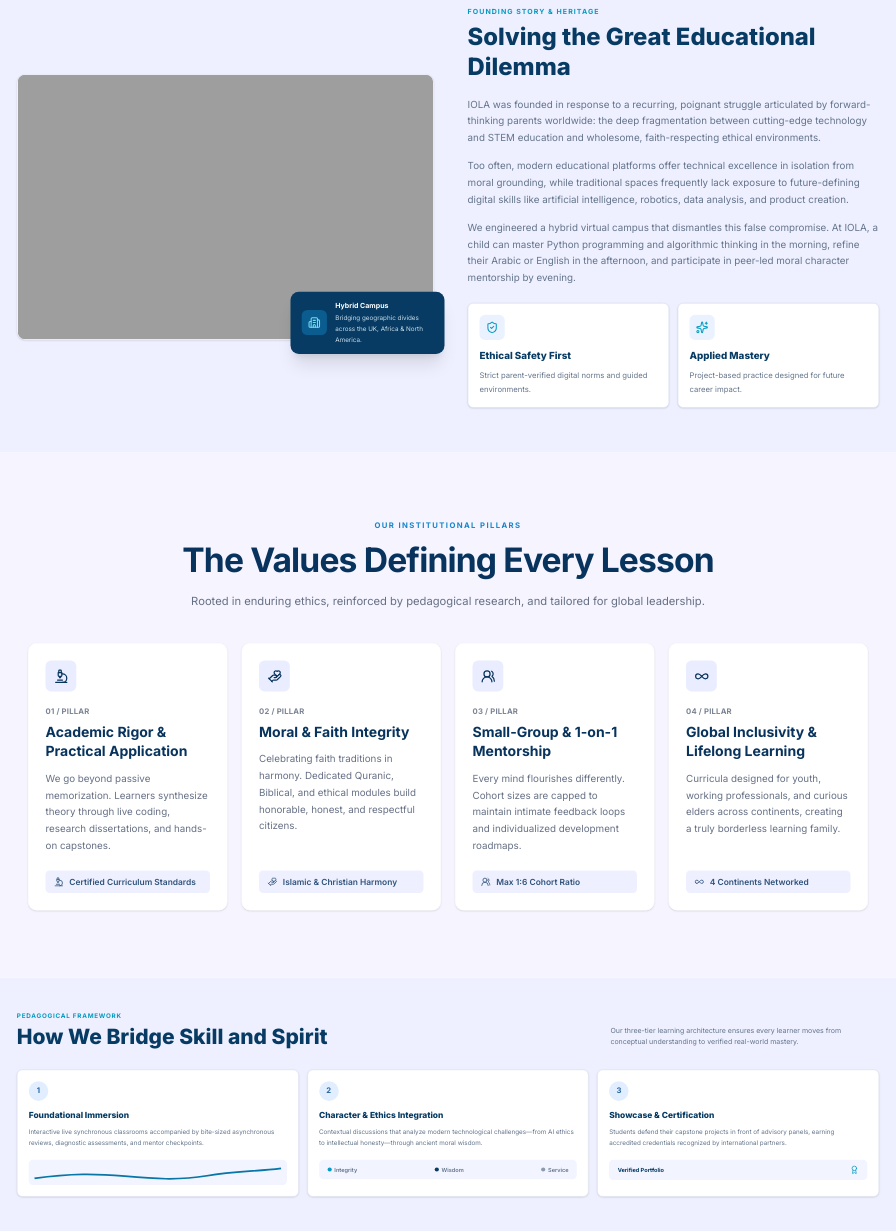
Repository: segunrotini/iola
Page: /about
The author's editor kept a copy of each file at every save. The page is drawn from the files as they stood at one save, then again after the next save.
The browser window is 1280 px wide. The pictures show the part of the page from y = 1154 to 3074 px (the page is 2912 px tall before and 3074 px after), at 70% of full size.
Pictures or frames that could not be fetched are drawn as grey boxes. The project was rebuilt for these pictures with package versions that can differ from the ones it lists, and the page was loaded fresh each time. Also part of the build but not shown: vite.config.ts, src/components/home/Hero-section.tsx, src/components/home/WhyChooseUs.tsx, src/components/home/Programs.tsx, src/components/home/Testimonials.tsx, src/components/home/LearningProcess.tsx, src/components/home/AdmissionSection.tsx, src/components/home/Footer.tsx and 1 more.

Above is the page before, as saved 2026-10-08 15:33:37.

### index.html
<!doctype html>
<html lang="en">
  <head>
    <meta charset="UTF-8" />
    <link rel="icon" type="image/svg+xml" href="/favicon.svg" />
    <meta name="viewport" content="width=device-width, initial-scale=1.0" />
    <title>integrated-online-learning-academy</title>
  </head>
  <body>
    <div id="root"></div>
    <script type="module" src="/src/main.tsx"></script>
  </body>
</html>

### src/index.css
@import url('https://fonts.googleapis.com/css2?family=Inter:wght@400;500;600;700;800&family=Montserrat:wght@400;500;600;700;800&display=swap');
@import "tailwindcss";

:root {
	font-family: "Inter", "Montserrat", sans-serif;
}

### src/App.tsx

import { Route, Routes } from "react-router-dom";
import AboutUs from "./components/pages/public/Aboutus";
import Homepage from "./components/pages/public/Hompage";

function App() {
  return (
    <Routes>
      <Route path="/" element={<Homepage />} />
      <Route path="/about" element={<AboutUs />} />

    </Routes>
  );
}

export default App;

### src/components/pages/public/Aboutus.tsx

import AboutHero from "../../home/Abouthero";
import AboutVision from "../../home/AboutVision";


import Nav from "../../home/Nav";
import Topbar from "../../home/topbar";
import AboutStory from "../../home/AboutStory";
import AboutValues from "../../home/AboutValues";
import AboutFramework from "../../home/AboutFramwork";
function AboutUs() {
  return (
    <>
      <Topbar/>
      <Nav />
      <AboutHero />
      <AboutVision />
      <AboutStory />
      <AboutValues />
      <AboutFramework/>

    </>
  );
}

export default AboutUs;

### src/components/home/Abouthero.tsx
import {
  Award,
  Globe2,
  Heart,
  Users,
} from "lucide-react";

const stats = [
  {
    icon: Users,
    badge: "Global",
    value: "500+",
    label: "Active Learners Enrolled",
  },
  {
    icon: Award,
    badge: "Academic",
    value: "98%",
    label: "Completion & Satisfaction",
  },
  {
    icon: Globe2,
    badge: "Footprint",
    value: "4 Continents",
    label: "UK, Nigeria, US, Canada",
  },
  {
    icon: Heart,
    badge: "Faculty",
    value: "100%",
    label: "Values-Aligned Mentors",
  },
];

function AboutHero() {
  return (
    <section className="bg-[#EEF2FF]">
      <div className="mx-auto max-w-7xl px-4 pb-12 pt-8 sm:px-6 sm:pb-14 sm:pt-10">
        <div className="text-[11px] font-medium text-[#475569]">
          Home
          <span className="mx-1 text-[#94A3B8]">›</span>
          <span className="font-semibold text-[#073B63]">About Us</span>
        </div>

        <div className="mt-8 grid items-center gap-10 lg:grid-cols-2 lg:gap-20">
          <div>
            <span className="inline-flex items-center rounded-full bg-[#E2F4FA] px-4 py-1.5 text-[10px] font-bold uppercase tracking-wide text-[#079BC2]">
              • Integrated Online Learning Academy
            </span>

            <h1 className="mt-5 max-w-xl text-4xl font-extrabold leading-[1.05] tracking-tight text-[#073B63] sm:text-5xl lg:text-[52px]">
              Empowering Minds,
              <br />
              Nurturing Values,
              <br />
              <span className="text-[#079BC2]">Building Futures.</span>
            </h1>
          </div>

          <div className="lg:pt-12">
            <p className="max-w-lg text-sm leading-6 text-[#64748B]">
              At IOLA, we believe education is most transformative when
              technical competence and deep moral character grow
              hand-in-hand.
            </p>

            <a
              href="#heritage"
              className="mt-5 inline-flex text-[11px] font-bold text-[#073B63] transition hover:text-[#079BC2]"
            >
              Read Our Heritage →
            </a>
          </div>
        </div>

        <div className="mt-9 grid gap-3 sm:grid-cols-2 lg:grid-cols-4">
          {stats.map((stat) => {
            const Icon = stat.icon;

            return (
              <div
                key={stat.value}
                className="rounded-xl border border-white bg-white p-4 shadow-sm"
              >
                <div className="flex items-start justify-between">
                  <div className="flex h-9 w-9 items-center justify-center rounded-lg bg-[#E8F1FF]">
                    <Icon size={17} className="text-[#079BC2]" />
                  </div>

                  <span className="rounded-full bg-[#F1F3FA] px-2.5 py-1 text-[9px] font-semibold text-[#64748B]">
                    {stat.badge}
                  </span>
                </div>

                <p className="mt-4 text-2xl font-extrabold leading-none text-[#073B63]">
                  {stat.value}
                </p>

                <p className="mt-2 text-[10px] text-[#64748B]">
                  {stat.label}
                </p>
              </div>
            );
          })}
        </div>
      </div>
    </section>
  );
};

export default AboutHero;

### src/components/home/AboutVision.tsx
import {
  Eye,
  Globe2,
  Rocket,
  Users,
} from "lucide-react";

function AboutVision() {
  return (
    <section className="bg-[#F8F9FF] py-12 sm:py-14">
      <div className="mx-auto grid max-w-7xl gap-6 px-4 sm:px-6 lg:grid-cols-2">
        <div className="relative overflow-hidden rounded-xl bg-[#06355E] p-7 text-white shadow-md sm:p-8">
          <div className="absolute -right-16 -top-16 h-44 w-44 rounded-full bg-[#0B5A8D]/40 blur-2xl" />

          <div className="relative">
            <div className="flex h-11 w-11 items-center justify-center rounded-lg bg-[#0A5687]">
              <Rocket size={21} className="text-[#73DDF2]" />
            </div>

            <p className="mt-6 text-[10px] font-bold uppercase tracking-[0.15em] text-[#72D8EE]">
              Our Core Purpose
            </p>

            <h2 className="mt-2 text-3xl font-extrabold text-white sm:text-[32px]">
              Academy Mission
            </h2>

            <p className="mt-4 max-w-xl text-sm leading-6 text-[#D2E1EC]">
              Provide accessible, world-class digital, language, STEM, and
              faith-grounded education for children, teens, and adults
              regardless of geographical boundaries.
            </p>

            <div className="mt-7 flex flex-wrap gap-3">
              <span className="inline-flex items-center gap-2 rounded-full bg-[#0A4B79] px-3.5 py-2 text-[10px] font-medium text-[#D8EDF6]">
                <Globe2 size={13} />
                Accessible Everywhere
              </span>

              <span className="inline-flex items-center gap-2 rounded-full bg-[#0A4B79] px-3.5 py-2 text-[10px] font-medium text-[#D8EDF6]">
                <Users size={13} />
                All Age Groups
              </span>
            </div>
          </div>
        </div>

        <div className="rounded-xl border border-[#E5E9F2] bg-white p-7 shadow-sm sm:p-8">
          <div className="flex h-11 w-11 items-center justify-center rounded-lg bg-[#E9F1FF]">
            <Eye size={21} className="text-[#079BC2]" />
          </div>

          <p className="mt-6 text-[10px] font-bold uppercase tracking-[0.15em] text-[#079BC2]">
            The Horizon
          </p>

          <h2 className="mt-2 text-3xl font-extrabold text-[#073B63] sm:text-[32px]">
            Our Global Vision
          </h2>

          <p className="mt-4 text-sm leading-6 text-[#64748B]">
            To be the world's most trusted hybrid online academy fostering
            visionary digital innovators anchored in strong moral faith
            principles.
          </p>

          <div className="mt-6 flex items-start gap-3 rounded-lg bg-[#F0F3FF] p-4">
            <div className="mt-0.5 flex h-7 w-7 shrink-0 items-center justify-center rounded-md bg-white">
              <Globe2 size={14} className="text-[#079BC2]" />
            </div>

            <p className="text-[10px] leading-5 text-[#64748B]">
              Unifying high-standard British/International curriculum
              benchmarking with holistic ethical integrity.
            </p>
          </div>
        </div>
      </div>
    </section>
  );
};

export default AboutVision;

### src/components/home/topbar.tsx
import { Mail, Phone, Sparkles } from "lucide-react";

const TopBar = () => {
  return (
    <div className="bg-[#003B5C] text-white">
      <div className="mx-auto flex max-w-7xl flex-col gap-2 px-4 py-2 text-[10px] sm:flex-row sm:items-center sm:justify-between sm:px-6 sm:text-xs">
        <div className="flex items-center gap-1.5">
          <Sparkles size={12} className="text-[#F4C542]" />
          <span>Faith • Skills • Opportunity • Global Impact</span>
        </div>

        <div className="flex flex-col items-start gap-2 sm:flex-row sm:items-center sm:gap-5">
          <a
            href="tel:+2348122452692"
            className="flex items-center gap-1.5 transition hover:text-[#5DE1E6]"
          >
            <Phone size={12} />
            <span>08122452692, 08141570784</span>
          </a>

          <a
            href="mailto:learn@iola.com"
            className="flex items-center gap-1.5 transition hover:text-[#5DE1E6]"
          >
            <Mail size={12} />
            <span>learn@iola.com</span>
          </a>

          <a
            href="#student-portal"
            className="rounded-md bg-[#0B5278] px-3 py-1.5 font-medium transition hover:bg-[#08658F]"
          >
            Student Portal
          </a>
        </div>
      </div>
    </div>
  );
};

export default TopBar;

### src/components/home/AboutFramwork.tsx
import { Award, ShieldCheck, Sparkles } from "lucide-react";

const framework = [
  {
    number: "1",
    title: "Foundational Immersion",
    description:
      "Interactive live synchronous classrooms accompanied by bite-sized asynchronous reviews, diagnostic assessments, and mentor checkpoints.",
    bottom: "Interactive Live Learning",
    type: "wave",
  },
  {
    number: "2",
    title: "Character & Ethics Integration",
    description:
      "Contextual discussions that analyze modern technological challenges—from AI ethics to intellectual honesty—through ancient moral wisdom.",
    bottom: "Integrity",
    type: "values",
  },
  {
    number: "3",
    title: "Showcase & Certification",
    description:
      "Students defend their capstone projects in front of advisory panels, earning accredited credentials recognized by international partners.",
    bottom: "Verified Portfolio",
    type: "certificate",
  },
];

function AboutFramework () {
  return (
    <section className="bg-[#EEF0FF] py-10 sm:py-12">
      <div className="mx-auto max-w-7xl px-4 sm:px-6">
        <div className="flex flex-col gap-4 md:flex-row md:items-end md:justify-between">
          <div>
            <p className="text-[9px] font-bold uppercase tracking-[0.12em] text-[#079BC2]">
              Pedagogical Framework
            </p>

            <h2 className="mt-1 text-2xl font-extrabold leading-tight text-[#073B63] sm:text-3xl">
              How We Bridge Skill and Spirit
            </h2>
          </div>

          <p className="max-w-sm text-[10px] leading-4 text-[#64748B] md:pb-1">
            Our three-tier learning architecture ensures every learner moves
            from conceptual understanding to verified real-world mastery.
          </p>
        </div>

        <div className="mt-7 grid gap-3 md:grid-cols-3">
          {framework.map((item) => (
            <div
              key={item.number}
              className="rounded-lg border border-[#E1E5F0] bg-white p-4 shadow-sm"
            >
              <div className="flex h-7 w-7 items-center justify-center rounded-full bg-[#E1EEFF] text-[11px] font-bold text-[#2864A0]">
                {item.number}
              </div>

              <h3 className="mt-3 text-[12px] font-extrabold leading-4 text-[#073B63]">
                {item.title}
              </h3>

              <p className="mt-2 text-[9px] leading-4 text-[#64748B]">
                {item.description}
              </p>

              {item.type === "wave" && (
                <div className="mt-4 overflow-hidden rounded-md bg-[#F2F5FF] px-2 pt-2">
                  <svg
                    viewBox="0 0 300 45"
                    className="h-7 w-full"
                    preserveAspectRatio="none"
                  >
                    <path
                      d="M0 30 C45 18, 75 19, 110 25 C145 31, 175 35, 210 24 C245 13, 265 15, 300 7"
                      fill="none"
                      stroke="currentColor"
                      strokeWidth="4"
                      className="text-[#0877A8]"
                    />
                  </svg>
                </div>
              )}

              {item.type === "values" && (
                <div className="mt-4 flex items-center justify-between rounded-md bg-[#F2F5FF] px-3 py-2">
                  <span className="flex items-center gap-1 text-[8px] font-semibold text-[#64748B]">
                    <span className="h-1.5 w-1.5 rounded-full bg-[#079BC2]" />
                    Integrity
                  </span>

                  <span className="flex items-center gap-1 text-[8px] font-semibold text-[#64748B]">
                    <span className="h-1.5 w-1.5 rounded-full bg-[#073B63]" />
                    Wisdom
                  </span>

                  <span className="flex items-center gap-1 text-[8px] font-semibold text-[#64748B]">
                    <span className="h-1.5 w-1.5 rounded-full bg-[#8B9AAF]" />
                    Service
                  </span>
                </div>
              )}

              {item.type === "certificate" && (
                <div className="mt-4 flex items-center justify-between rounded-md bg-[#F2F5FF] px-3 py-2">
                  <span className="text-[8px] font-bold text-[#073B63]">
                    {item.bottom}
                  </span>

                  <Award size={13} className="text-[#079BC2]" />
                </div>
              )}
            </div>
          ))}
        </div>
      </div>
    </section>
  );
};

export default AboutFramework;

Loaded but not shown: src/main.tsx (common file); src/components/home/AboutStory.tsx (114 lines, source omitted); src/components/home/Nav.tsx (144 lines, source omitted); src/components/home/AboutValues.tsx (117 lines, source omitted)

After the next save:
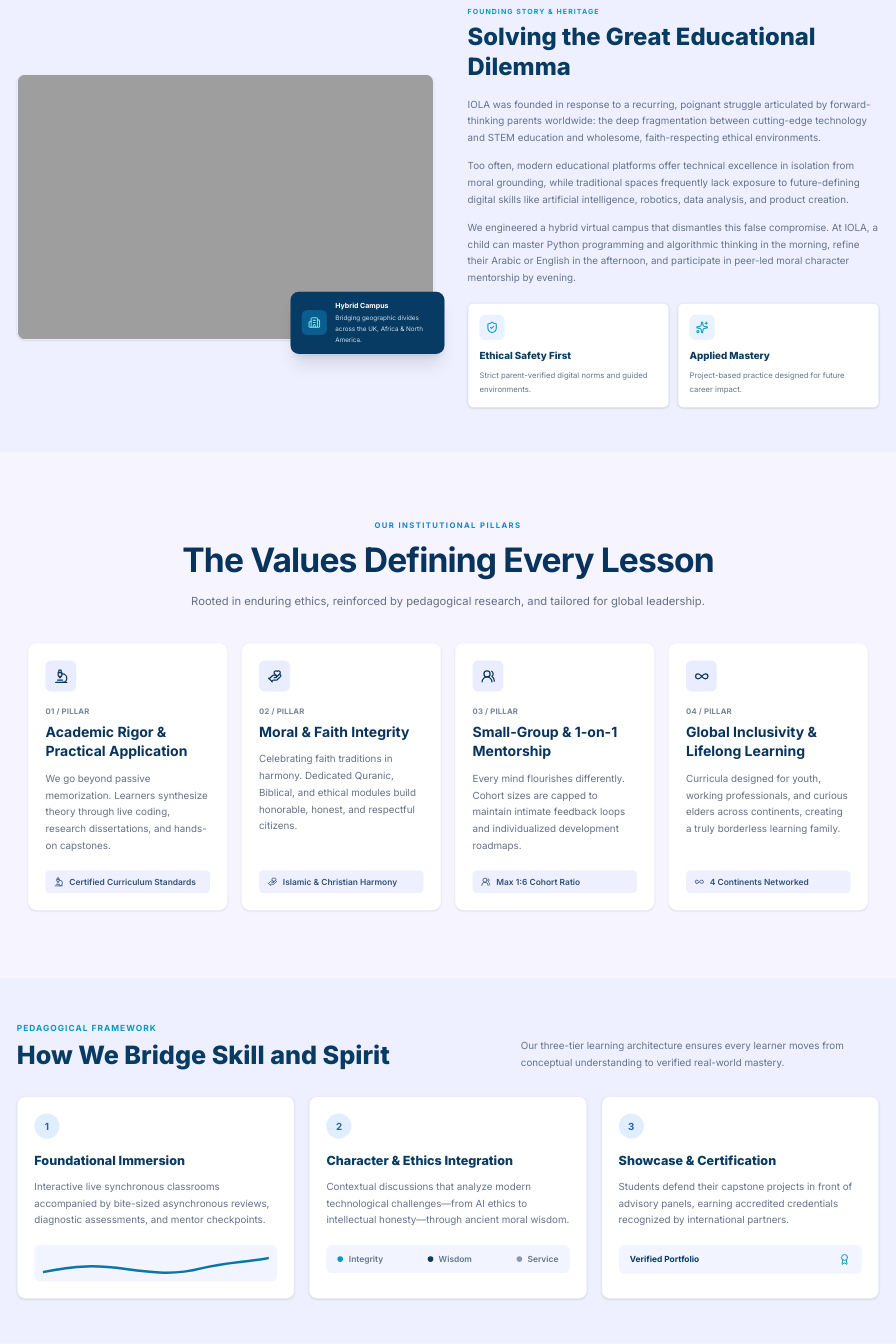
Saved 2 min 36 s later.
--- a/src/components/home/AboutFramwork.tsx
+++ b/src/components/home/AboutFramwork.tsx
@@ -1,4 +1,4 @@
-import { Award, ShieldCheck, Sparkles } from "lucide-react";
+import { Award } from "lucide-react";
 
 const framework = [
   {
@@ -6,7 +6,6 @@
     title: "Foundational Immersion",
     description:
       "Interactive live synchronous classrooms accompanied by bite-sized asynchronous reviews, diagnostic assessments, and mentor checkpoints.",
-    bottom: "Interactive Live Learning",
     type: "wave",
   },
   {
@@ -14,7 +13,6 @@
     title: "Character & Ethics Integration",
     description:
       "Contextual discussions that analyze modern technological challenges—from AI ethics to intellectual honesty—through ancient moral wisdom.",
-    bottom: "Integrity",
     type: "values",
   },
   {
@@ -22,55 +20,54 @@
     title: "Showcase & Certification",
     description:
       "Students defend their capstone projects in front of advisory panels, earning accredited credentials recognized by international partners.",
-    bottom: "Verified Portfolio",
     type: "certificate",
   },
 ];
 
-function AboutFramework () {
+function AboutFramework() {
   return (
-    <section className="bg-[#EEF0FF] py-10 sm:py-12">
+    <section className="bg-[#EEF0FF] py-14 sm:py-16">
       <div className="mx-auto max-w-7xl px-4 sm:px-6">
-        <div className="flex flex-col gap-4 md:flex-row md:items-end md:justify-between">
+        <div className="flex flex-col gap-5 md:flex-row md:items-end md:justify-between">
           <div>
-            <p className="text-[9px] font-bold uppercase tracking-[0.12em] text-[#079BC2]">
+            <p className="text-xs font-bold uppercase tracking-[0.12em] text-[#079BC2]">
               Pedagogical Framework
             </p>
 
-            <h2 className="mt-1 text-2xl font-extrabold leading-tight text-[#073B63] sm:text-3xl">
+            <h2 className="mt-2 text-3xl font-extrabold leading-tight text-[#073B63] sm:text-4xl">
               How We Bridge Skill and Spirit
             </h2>
           </div>
 
-          <p className="max-w-sm text-[10px] leading-4 text-[#64748B] md:pb-1">
+          <p className="max-w-lg text-sm leading-6 text-[#64748B]">
             Our three-tier learning architecture ensures every learner moves
             from conceptual understanding to verified real-world mastery.
           </p>
         </div>
 
-        <div className="mt-7 grid gap-3 md:grid-cols-3">
+        <div className="mt-9 grid gap-5 md:grid-cols-3">
           {framework.map((item) => (
             <div
               key={item.number}
-              className="rounded-lg border border-[#E1E5F0] bg-white p-4 shadow-sm"
+              className="rounded-xl border border-[#E1E5F0] bg-white p-6 shadow-sm"
             >
-              <div className="flex h-7 w-7 items-center justify-center rounded-full bg-[#E1EEFF] text-[11px] font-bold text-[#2864A0]">
+              <div className="flex h-9 w-9 items-center justify-center rounded-full bg-[#E1EEFF] text-sm font-bold text-[#2864A0]">
                 {item.number}
               </div>
 
-              <h3 className="mt-3 text-[12px] font-extrabold leading-4 text-[#073B63]">
+              <h3 className="mt-5 text-lg font-extrabold leading-6 text-[#073B63]">
                 {item.title}
               </h3>
 
-              <p className="mt-2 text-[9px] leading-4 text-[#64748B]">
+              <p className="mt-3 text-sm leading-6 text-[#64748B]">
                 {item.description}
               </p>
 
               {item.type === "wave" && (
-                <div className="mt-4 overflow-hidden rounded-md bg-[#F2F5FF] px-2 pt-2">
+                <div className="mt-6 overflow-hidden rounded-lg bg-[#F2F5FF] px-3 pt-3">
                   <svg
                     viewBox="0 0 300 45"
-                    className="h-7 w-full"
+                    className="h-10 w-full"
                     preserveAspectRatio="none"
                   >
                     <path
@@ -85,31 +82,31 @@
               )}
 
               {item.type === "values" && (
-                <div className="mt-4 flex items-center justify-between rounded-md bg-[#F2F5FF] px-3 py-2">
-                  <span className="flex items-center gap-1 text-[8px] font-semibold text-[#64748B]">
-                    <span className="h-1.5 w-1.5 rounded-full bg-[#079BC2]" />
+                <div className="mt-6 flex items-center justify-between rounded-lg bg-[#F2F5FF] px-4 py-3">
+                  <span className="flex items-center gap-2 text-xs font-semibold text-[#64748B]">
+                    <span className="h-2 w-2 rounded-full bg-[#079BC2]" />
                     Integrity
                   </span>
 
-                  <span className="flex items-center gap-1 text-[8px] font-semibold text-[#64748B]">
-                    <span className="h-1.5 w-1.5 rounded-full bg-[#073B63]" />
+                  <span className="flex items-center gap-2 text-xs font-semibold text-[#64748B]">
+                    <span className="h-2 w-2 rounded-full bg-[#073B63]" />
                     Wisdom
                   </span>
 
-                  <span className="flex items-center gap-1 text-[8px] font-semibold text-[#64748B]">
-                    <span className="h-1.5 w-1.5 rounded-full bg-[#8B9AAF]" />
+                  <span className="flex items-center gap-2 text-xs font-semibold text-[#64748B]">
+                    <span className="h-2 w-2 rounded-full bg-[#8B9AAF]" />
                     Service
                   </span>
                 </div>
               )}
 
               {item.type === "certificate" && (
-                <div className="mt-4 flex items-center justify-between rounded-md bg-[#F2F5FF] px-3 py-2">
-                  <span className="text-[8px] font-bold text-[#073B63]">
-                    {item.bottom}
+                <div className="mt-6 flex items-center justify-between rounded-lg bg-[#F2F5FF] px-4 py-3">
+                  <span className="text-xs font-bold text-[#073B63]">
+                    Verified Portfolio
                   </span>
 
-                  <Award size={13} className="text-[#079BC2]" />
+                  <Award size={17} className="text-[#079BC2]" />
                 </div>
               )}
             </div>
